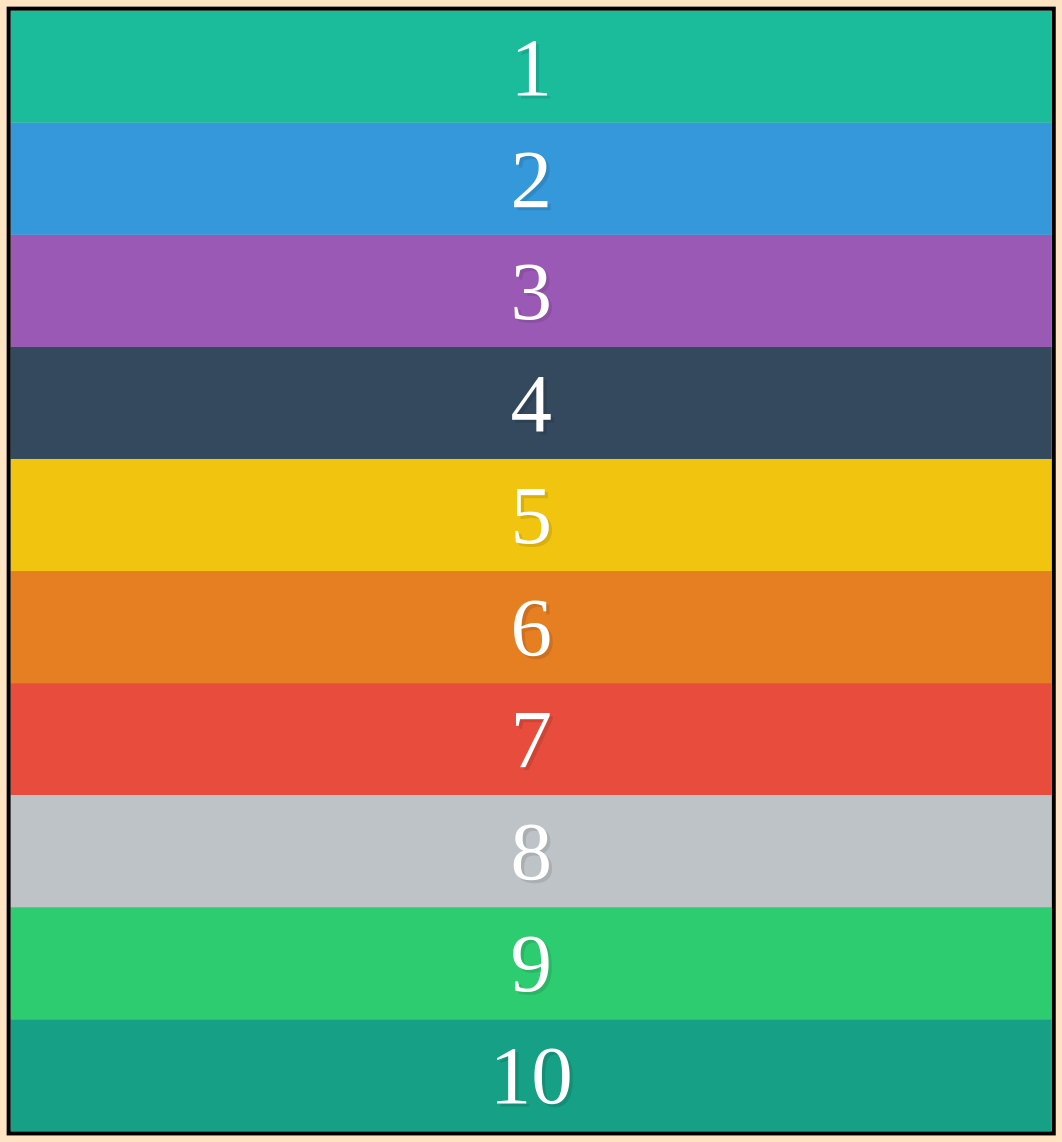
Repository: noahcallen/LAB-calculator
Page: index.html
An editor plug-in stored every save of this project. The page is shown before and after the next save, followed by the edit.
The browser window is 1280 px wide. The pictures show the whole page, at 83% of full size.

Above is the page before, as saved 2024-07-09 21:29:15.

After the next save:
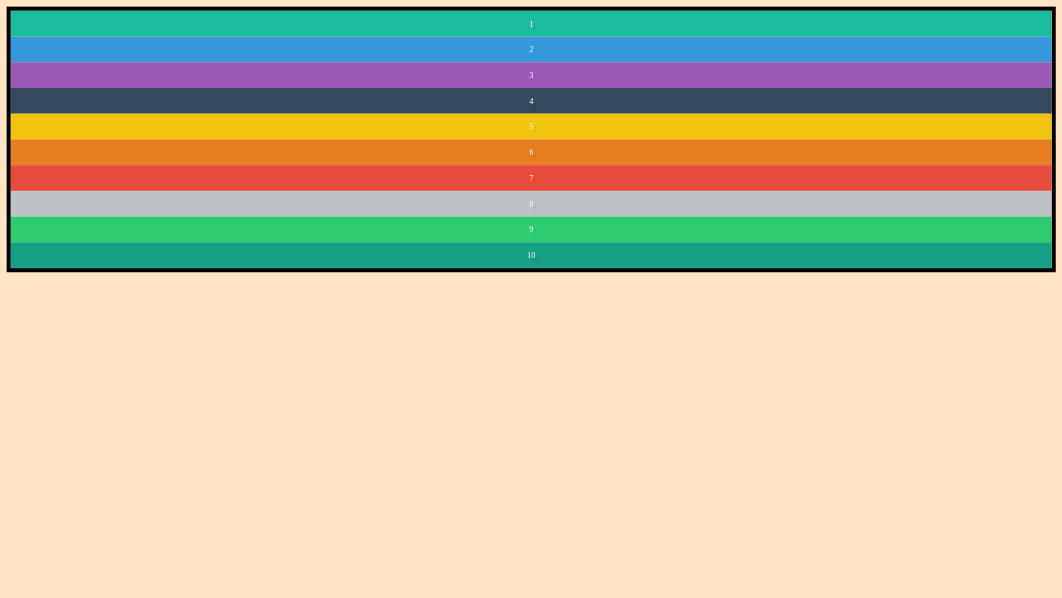
Saved 54 s later.
--- a/main.css
+++ b/main.css
@@ -20,7 +20,7 @@ body {
 /* Some default styles to make each box visible */
 .box {
   color:white;
-  font-size: 100px;
+  font-size: 10px;
   text-align: center;
   text-shadow:4px 4px 0 rgba(0,0,0,0.1);
   padding:10px;
